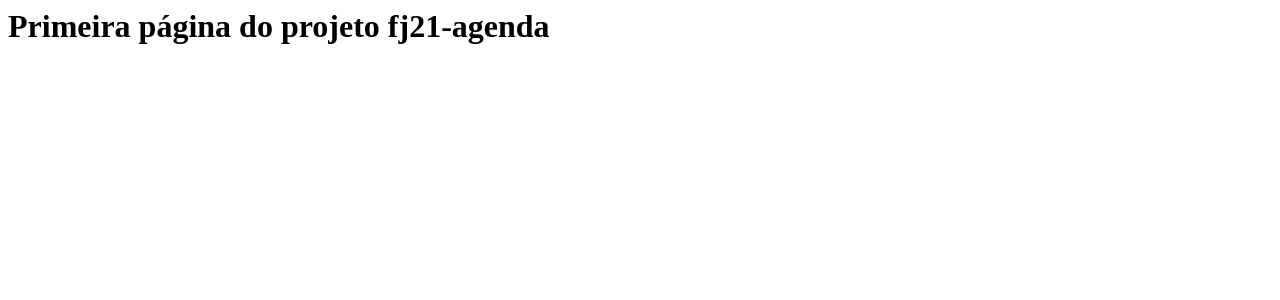
Repository: Natan16/CRUDJUSTTO
Page: CRUDJUSTTOWEB/WebContent/index.html
An editor plug-in stored every save of this project. The page is shown before and after the next save, followed by the edit.
The browser window is 1280 px wide. The pictures show the whole page.

Above is the page before, as saved 2019-08-29 21:40:41.

### CRUDJUSTTOWEB/WebContent/index.html
<html>
	<head>
		<title>Projeto fj21-agenda</title>
	</head>
	<body>
		<h1>Primeira página do projeto fj21-agenda</h1>
	</body>
</html>

After the next save:
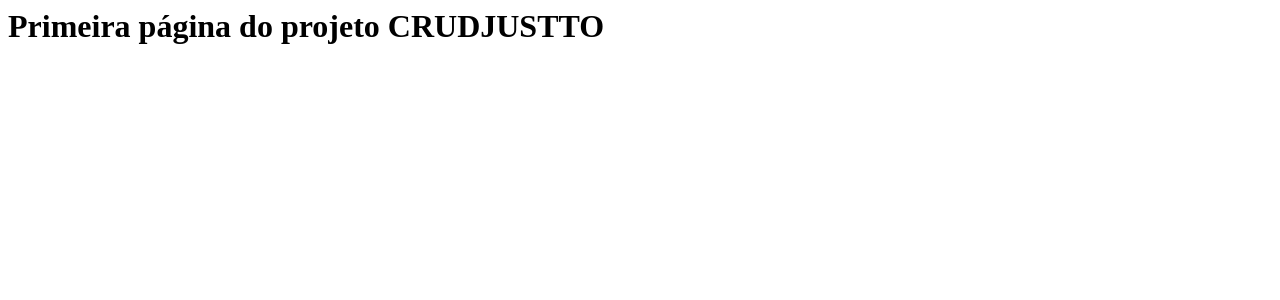
Saved 54 s later.
--- a/CRUDJUSTTOWEB/WebContent/index.html
+++ b/CRUDJUSTTOWEB/WebContent/index.html
@@ -3,6 +3,6 @@
 		<title>Projeto fj21-agenda</title>
 	</head>
 	<body>
-		<h1>Primeira página do projeto fj21-agenda</h1>
+		<h1>Primeira página do projeto CRUDJUSTTO</h1>
 	</body>
 </html>
